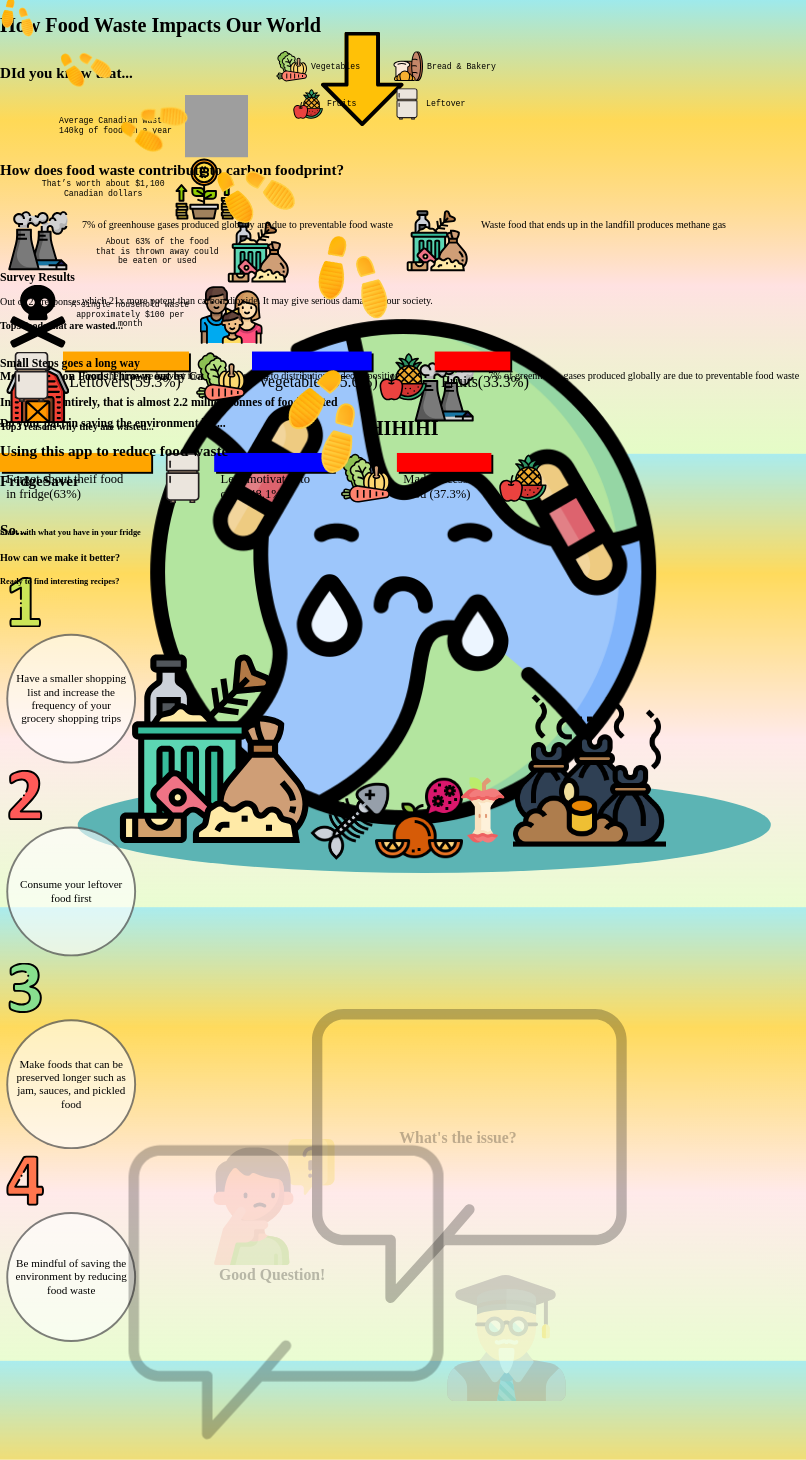
Repository: iorid3/Midterm
Page: index.html
The author's editor kept a copy of each file at every save. The page is drawn from the files as they stood at one save, then again after the next save.
The browser window is 1280 px wide. The pictures show the whole page, at 63% of full size.
Pictures or frames that could not be fetched are drawn as grey boxes.

Above is the page before, as saved 2021-03-09 11:11:29.

### index.html
<!DOCTYPE html>
<html>
    <head>
       <title>Mid term</title>
        <link href= "./index.css"  rel ="stylesheet" type = "text/css" >
    </head>
<body>
   <div id = "main">

        <div class = "section1">
            <div><h1> How Food Waste Impacts Our World</h1></div>
            <div><img src ="./Images/earth crying.svg"/></div>
            <div class = "comp1"></div>
            <div class = "comp2"></div>
            <div class = "comp5"></div>
        </div>

        <div class = "section2">
            <div><h2>DId you know that...</h2></div>
            <div class ="comp3_1"></div>
            <div class ="comp3_2"></div>
            <div class ="comp3_3"></div>
            <div class ="comp3_4"></div>
            <div class = "comp1"></div>

            <div class = "flag"><img src = ""></div>
            <div><h3>Most Common Foods Thrown out by Canadians</h3></div>
               <div class = "container1">
                    <div class ="comp4_1"></div>
                    <div class ="comp4_2"></div>
                    <div class ="comp4_3"></div>
                    <div class ="comp4_4"></div>
                </div>

            <div class = "comp5"></div>
            <div><h3>In Canada, entirely, that is almost 2.2 million tonnes of food wasted</h3></div>
            <div><img src = ""></div>
        </div>

        <div class = "section3">
            <div><h2>How does food waste contribute to carbon foodprint?</h2></div>
            <div><img src = ""></div>

            <div class = "comp6"></div>
            <div class = "comp6"></div>
            <div class = "comp6"></div>
            <div class = "comp6"></div>

                <div class = "container2">
                    <div><img src = ""></div>
                    <div><img src = ""></div>
                    <div><img src = ""></div>
                </div>

            <div class = "comp6"></div>


        </div>


        <div class = "section4">
            <div class = "container3">
               <div><img src = ""></div>
               <div><h3>Survey Results</h3></div>
               <div>Out of 27 responses...</div>
            </div>


            <div class ="comp2"></div>
            <div><h4>Top3 foods that are wasted...</h4></div>
            <div class = "container4">
                <div class = "comp7"></div>
                <div class = "comp7"></div>
                <div class = "comp7"></div>
            </div>

            <div><h4>Top3 reasons why they are wasted...</h4></div>
            <div class = "container5">
                <div class = "comp8"></div>
                <div class = "comp8"></div>
                <div class = "comp8"></div>
            </div>



            <div><h2>So...</h2></div>

            <div><h4>How can we make it better?</h4></div>
            <div class = "container6">
                <div class ="comp9"></div>
                <div class ="comp9"></div>
                <div class ="comp9"></div>
                <div class ="comp9"></div>
            </div>
        </div>

        <div class = "section5">

            <div><h3>Small Steps goes a long way</h3></div>
            <div class = "comp10"></div>
            <div class = "comp10"></div>
            <div class = "comp10"></div>
            <div class = "comp10"></div>
            <div class = "comp10"></div>
            <div class = "comp10"></div>

            <div><img src = ""></div>
            <div><img src = ""></div>

            <div class = "comp5"></div>
            <div><h3>Do your part in saving the environment by ...</h3></div>
            <div><h2>Using this app to reduce food waste</h2></div>
            <div><h2>FridgeSaver</h2></div>
            <div><img src =""></div>
            <div class = "comp5"></div>
            <div><h5>Start with what you have in your fridge</h5></div>

            <div><img src =""></div>
            <div><h5>Ready to find interesting recipes?</h5></div>



        </div>

    <h1>HIHIHI</h1>



       <!-- <div class = "col left">
           <div class = "row top">
               <div class = "shake"></div>
           </div>
           <div class = "row mid">
               <div class = "rank1"></div>
               <div class = "rank2"></div>
           </div> -->
    </div>

<script src = ./Comps/comp1/index.js></script>
<script src = ./Comps/comp2/index.js></script>
<script src = ./Comps/comp3/index.js></script>
<script src = ./Comps/comp4/index.js></script>
<script src = ./Comps/comp5/index.js></script>
<script src = ./Comps/comp6/index.js></script>
<script src = ./Comps/comp7/index.js></script>
<script src = ./Comps/comp8/index.js></script>
<script src = ./Comps/comp9/index.js></script>
<script src = ./Comps/comp10/index.js></script>

<script src = ./index.js></script>
</body>
</html>

### index.css
html,body{
    margin:0;
    background: linear-gradient(180deg, rgba(156, 233, 235, 0.86) 0%, rgba(255, 217, 86, 0.96) 26.56%, rgba(255, 220, 220, 0.6) 63.02%, rgba(227, 252, 195, 0.76) 100%);
    mix-blend-mode: normal;
}
#main{
    width:100vw;
    height:100vh;
    display:flex;
    flex-direction: column;
    align-items: center;
    justify-content: center;
}

.section1{
    width: 100%;
    height:10%;
    flex-grow:1;
}

.section2{
    width: 100%;
    height:20%;
    flex-grow:1;
}

.section3{
    width: 100%;
    height:20%;
    flex-grow:1;
}

.section4{
    width: 100%;
    height:20%;
    flex-grow:1;
}


.section5{
    width: 100%;
    height:10%;
    flex-grow:2;
}

### Comps/comp1/index.js
function Comp1UI(url="Images/confusion.png", size ="10px", font= "Poppins", text="text"){
    return `<div style='
            width: 100vw;
            height: 30vh;
            display: inline-flex;
            justify-content: center;
            align-items: center;
            transition: opacity 1s;
            opacity: 0.25;
        '
        onclick='Comp1UI.HandleClick(this)'
        >

        <img style='
            display: inline-flex;
            width: 200px;
            position: relative;
            left: 140px;
            top: 60px;
        'src="${url}" />

        <div>
            <img style='
                display: inline-flex;
                position: relative;
                width: 500px;
                left: 100px;
                bottom: 10px;
            'src="Images/chat.svg" />

            <div style='
                display: inline-flex;
                position: relative;
                bottom: 280px;
                right: 265px;
                font-size: ${size};
                font-weight: bold;
                font-family: ${font};
            '> ${text}</div>
        </div>
    </div>`
}

Comp1UI.HandleClick = (el) => {
    el.style.opacity = 1;
}

### Comps/comp2/index.js
function Comp2UI(url="Images/confusion.png", size ="10px", font= "Poppins", text="text"){
    return `<div style='
        width: 100vw;
        height: 30vh;
        display: inline-flex;
        justify-content: center;
        align-items: center;
        transition: opacity 1s;
        opacity: 0.25;
    '
    onclick='Comp1UI.HandleClick(this)'
    >

        <img style='
            display: inline-flex;
            width: 200px;
            position: relative;
            left: 500px;
            top:60px;
        ' src="${url}"/>

        <div>
            <img style='
                display: inline-flex;
                position: relative;
                width: 500px;
                right: 200px;
                bottom: 10px;
                transform: rotateY(180deg)
            ' src="Images/chat2.svg" />

            <div style='
                display: inline-flex;
                position: relative;
                bottom: 280px;
                right: 560px;
                font-size: ${size};
                font-weight: bold;
                font-family: ${font};
            ' >${text}</div>
        </div>
    </div>`
}

Comp2UI.HandleClick = (el) => {
    el.style.opacity = 1;
}

### Comps/comp3/index.js
function Comp3UI(Text='Average Canadian wastes 140kg of food in a year', url='https://placekitten.com/400/400') {
    return `
        <div style='
            display: inline-flex;
            align-items: center;
            justify-content: center;

            transition-property: transform;
            transition-duration: 1s;
            transition-timing-function: ease-in-out;
            transition-delay: 1s;

        '>
            <div style='
                flex-basis: 200px;
                text-align: center;
                padding-right: 10px;
                font-family: monospace;


            '
            >${Text}</div>

            <div style='
                width: 100px;
                height: 100px;
            '
            // onclick='Comp3UI.HandleClick(this)'
            >
                <img  style='
                    width: 100%;
                    height: 100%;
                    object-fit: cover;
                '
                src='${url}' />
        </div>
    `
}

// Comp3UI.HandleClick = (el) => {
//     el.style.top = "110%";
// }


// export const Comp3 = Comp3UI();

### Comps/comp4/index.js
function Comp4UI(url='https://placekitten.com/300/300',text='Bread & Bakery',x='0',y='0') {
    return `
        <div style='
            display: flex;
            flex-direction: row;
            align-item: center;
            justify-content: center;
            width: 250px;
            height: 50px;
            margin: 10px;
            position: absolute;
            top: ${x}px;
            left: ${y}px;

            animation-name: bouncing;
            animation-duration: 1.5s;
            animation-direction: alternate;
            animation-iteration-count: infinite;
            animation-delay: 2s;



        '
        >
            <div style='
                width: 50px;
                height: 50px;
            '>
                <img style='
                    width: 100%;
                    height: 100%;
                    object-fit: cover;
                '
                src='${url}' />
            </div>
            <div style='
            font-family: monospace;
            text-align: center;
            padding-top: 18px;
            padding-left: 5px;
            '
            >${text}</div>
        </div>
    `
}




// export const Comp4 = Comp4UI();

### Comps/comp5/index.js
function Comp5UI(x='0', y='0', url='https://placekitten.com/300/300') {
    return `
        <div style='
            width: 150px;
            height: 150px;
            position: absolute;
            top: ${x}px;
            left: ${y}px;

        '
        >
            <img style='
                width: 100%;
                height: 100%;
                object-fit: cover;

                animation-name: bounce;
                animation-duration: 1s;
                animation-direction: alternate;
                animation-iteration-count: infinite;

            '
            src='${url}' />


        </div>

    `
}

// export const Comp5 = Comp5UI();

### Comps/comp6/index.js
function Carboncomp(text =" 7% of greenhouse gases produced globally are due to preventable food waste", url= "images/factory.svg"){
    return `<div style = "
                          display:inline-flex;
                          ">
                         <div style = "display:flex;
                         padding:10px;">
                         <img style ="
                          width:100px;
                          height:100px;
                         " src  = "${url}"></div>
                         <div style ="
                         display:flex;
                         padding:10px;"><p>${text}</p></div>

            </div>`

}

### Comps/comp7/index.js
function Graphcomp(url ="images/vegetable.svg",text ="Leftovers(59.3%)",color ="pink",width ="200px" ){
    return `<div style = "
                          display:inline-flex;
                          align-items:flex-start;
                          justify-content:flex-start;
                          ">
                            <div style = "display:flex;
                            padding:10px;
                            width:80px;
                            height:80px;
                            ">
                            <img src  = "${url}"></div>
                            <div class = "graph"
                            style ="
                            width:${width};
                            height:30px;
                            margin-top:10px;
                            background-color:${color};
                            box-shadow: 3px 3px ;
                            transition:background-color,1s,box-shadow, 1s;"
                            onmouseover = "Graphcomp.HandleMouseover(this)">
                            <div style ="
                            display:flex;
                            padding:10px;
                            font-size:25px;"><p>${text}</p></div>
                            </div>



            </div>`


}

Graphcomp.HandleMouseover = (el)=>{
   el.style.boxShadow = "8px 8px";
//    el.style.width = "400px";
 }

### Comps/comp8/index.js
function Graphcomp2(url ="images/vegetable.svg",text ="Leftovers(59.3%)",color ="pink",width ="200px" ){
    return `<div style = "
                          display:inline-flex;
                          flex-direction:row;
                          justify-content:center;
                          ">
                            <div class = "graph"
                            style ="
                            display:flex;
                            width:${width};
                            height:30px;
                            margin-top:10px;
                            background-color:${color};
                            box-shadow: 3px 3px ;
                            transition:background-color,1s,box-shadow, 1s;"
                            onmouseover = "Graphcomp2.HandleMouseover(this)">
                            <div style ="
                            display:flex;
                            width:200px;
                            padding:10px;
                            font-size:20px;"><p>${text}</p></div>
                            </div>
                            <div style = "display:flex;
                            padding:10px;
                            width:80px;
                            height:80px;
                            ">
                            <img src  = "${url}"></div>




            </div>`


}

Graphcomp2.HandleMouseover = (el)=>{
//    el.style.backgroundColor  = "blue";
   el.style.boxShadow = "8px 8px";
//    el.style.width = "400px";
 }

### Comps/comp9/index.js
function Comp9UI(url="Images/1.svg", text="4 Ways to Make it Better") {
    return `
        <img style='
            width: 80px;
            height: 80px;
            transition: width 0.2s;
            transition-timing-function: ease-in-out;
            display: flex;
        justify-content: center;
        align-items: center;
        flex-wrap: wrap;
        '

        onmouseover='Comp9UI.HandleImageHover(this)'
        onmouseout='Comp9UI.HandleImageHoverOut(this)'

        src="${url}"/>

        <div style='
            width: 180px;
            height: 180px;
            margin: 10px;
            padding: 10px;
            background-color: rgba(255, 255, 255, 0.6);
            border: 3px solid rgba(0, 0, 0, 0.5);
            border-radius: 50%;
            display: flex;
            justify-content: center;
            align-items: center;
            font-size: 1.1em;
            line-height: 1.2em;
            text-align: center;
            transition: width 0.2s;
            transition-timing-function: ease-in-out;
        '
            onmouseover='Comp9UI.HandleHover(this)'
            onmouseout='Comp9UI.HandleHoverOut(this)'

        >${text}</div>

    `
}

Comp9UI.HandleImageHover = (el) => {
    el.style.width = "120px";
    el.style.height = "120px";
}

Comp9UI.HandleImageHoverOut = (el) => {
    el.style.width = "80px";
    el.style.height = "80px";
}

Comp9UI.HandleHover = (el) => {
    el.style.color = "#2E8B57";
    // el.style.width = "210px";
    // el.style.height = "210px";
    // el.style.fontSize = "1.4em";
}

Comp9UI.HandleHoverOut = (el) => {
    el.style.color = "#000000";
    // el.style.width = "180px";
    // el.style.height = "180px";
    // el.style.fontSize = "1.1em";
}
// export const comp9 = Comp9UI();

### Comps/comp10/index.js
function Comp10UI(w="55px", tdeg="120deg", top="0px", left="0px", anidelay="1s") {
    return `
    <img style='
        width: ${w};
        transform: rotate(${tdeg});
        position: absolute;
        top: ${top};
        left: ${left};

        animation-name: footsteps;
        animation-duration: 4s;
        animation-delay: ${anidelay};
        animation-iteration-count: infinite;

    'src="Images/footstep.png"/>

    `
}

// export const comp10 = Comp10UI();

### index.js
document.querySelector(".comp1").innerHTML += Comp1UI("./images/question.svg","25px", "Poppins", "What's the issue?");
document.querySelector(".comp2").innerHTML += Comp2UI("./images/professor.svg", "25px", "Poppins", "Good Question!");

//add claudia's componenets

document.querySelector(".comp3_1").innerHTML += Comp3UI('Average Canadian wastes 140kg of food in a year', 'Images/crowd.svg')
document.querySelector(".comp3_2").innerHTML += Comp3UI('That’s worth about $1,100 Canadian dollars', 'Images/plant.svg')
document.querySelector(".comp3_3").innerHTML += Comp3UI('About 63% of the food that is thrown away could be eaten or used', 'Images/garbage.svg')
document.querySelector(".comp3_4").innerHTML += Comp3UI('A single household waste approximately $100 per month', 'Images/family.svg')

document.querySelector(".comp4_1").innerHTML += Comp4UI('Images/vegetable.svg', 'Vegetables',70,370)
document.querySelector(".comp4_2").innerHTML += Comp4UI('Images/bread.svg', 'Bread & Bakery',70,570)
document.querySelector(".comp4_3").innerHTML += Comp4UI('Images/fruits.svg', 'Fruits',130,380)
document.querySelector(".comp4_4").innerHTML += Comp4UI('Images/fridge.svg', 'Leftover',130,545)

document.querySelector(".comp5").innerHTML += Comp5UI(50,500,'Images/down-arrow.svg')


document.querySelector(".comp9").innerHTML += Comp9UI("Images/1.svg", "Have a smaller shopping list and increase the frequency of your grocery shopping trips");
document.querySelector(".comp9").innerHTML += Comp9UI("Images/2.svg", "Consume your leftover food first");
document.querySelector(".comp9").innerHTML += Comp9UI("Images/3.svg", "Make foods that can be preserved longer such as jam, sauces, and pickled food");
document.querySelector(".comp9").innerHTML += Comp9UI("Images/4.svg", "Be mindful of saving the environment by reducing food waste");

document.querySelector(".comp10").innerHTML += Comp10UI("60px", "120deg", "0px", "0px", "1s");
document.querySelector(".comp10").innerHTML += Comp10UI("75px", "80deg", "70px", "100px", "1.5s");
document.querySelector(".comp10").innerHTML += Comp10UI("95px", "50deg", "150px", "200px", "2s");
document.querySelector(".comp10").innerHTML += Comp10UI("115px", "80deg", "250px", "350px", "2.5s");
document.querySelector(".comp10").innerHTML += Comp10UI("130px", "120deg", "380px", "500px", "3s");
document.querySelector(".comp10").innerHTML += Comp10UI("145px", "150deg", "600px", "450px", "3.5s");

document.querySelector(".comp6").innerHTML +=  Carboncomp();
document.querySelector(".comp6").innerHTML +=  Carboncomp(text = "Waste food that ends up in the landfill produces methane gas",url= "images/garbage.svg");
document.querySelector(".comp6").innerHTML +=  Carboncomp(text ="which 21x more potent than carbon dioxide. It may give serious damage to our society. ",url ="images/skull.svg" );
document.querySelector(".comp6").innerHTML +=  Carboncomp(text = "From the time we harvest foods, to processing,to distribution,to decomposition", url ="images/barn.svg");
document.querySelector(".comp6").innerHTML +=  Carboncomp();
document.querySelector(".comp7").innerHTML +=  Graphcomp("Images/fridge.svg",text ="Leftovers(59.3%)",color ="orange",width ="200px");
document.querySelector(".comp7").innerHTML +=  Graphcomp("Images/vegetable.svg",text ="Vegetables(55.6%)",color ="blue",width ="190px");
document.querySelector(".comp7").innerHTML +=  Graphcomp("Images/fruits.svg",text ="Fruits(33.3%)",color ="red",width ="120px");
document.querySelector(".comp8").innerHTML +=  Graphcomp2("Images/fridge.svg",text ="Forgot about theif food in fridge(63%)",color ="orange",width ="240px");
document.querySelector(".comp8").innerHTML +=  Graphcomp2("Images/vegetable.svg",text ="Less motivated to cook(48.1%)",color ="blue",width ="190px");
document.querySelector(".comp8").innerHTML +=  Graphcomp2("Images/fruits.svg",text ="Made excessive food (37.3%)",color ="red",width ="150px");

After the next save:
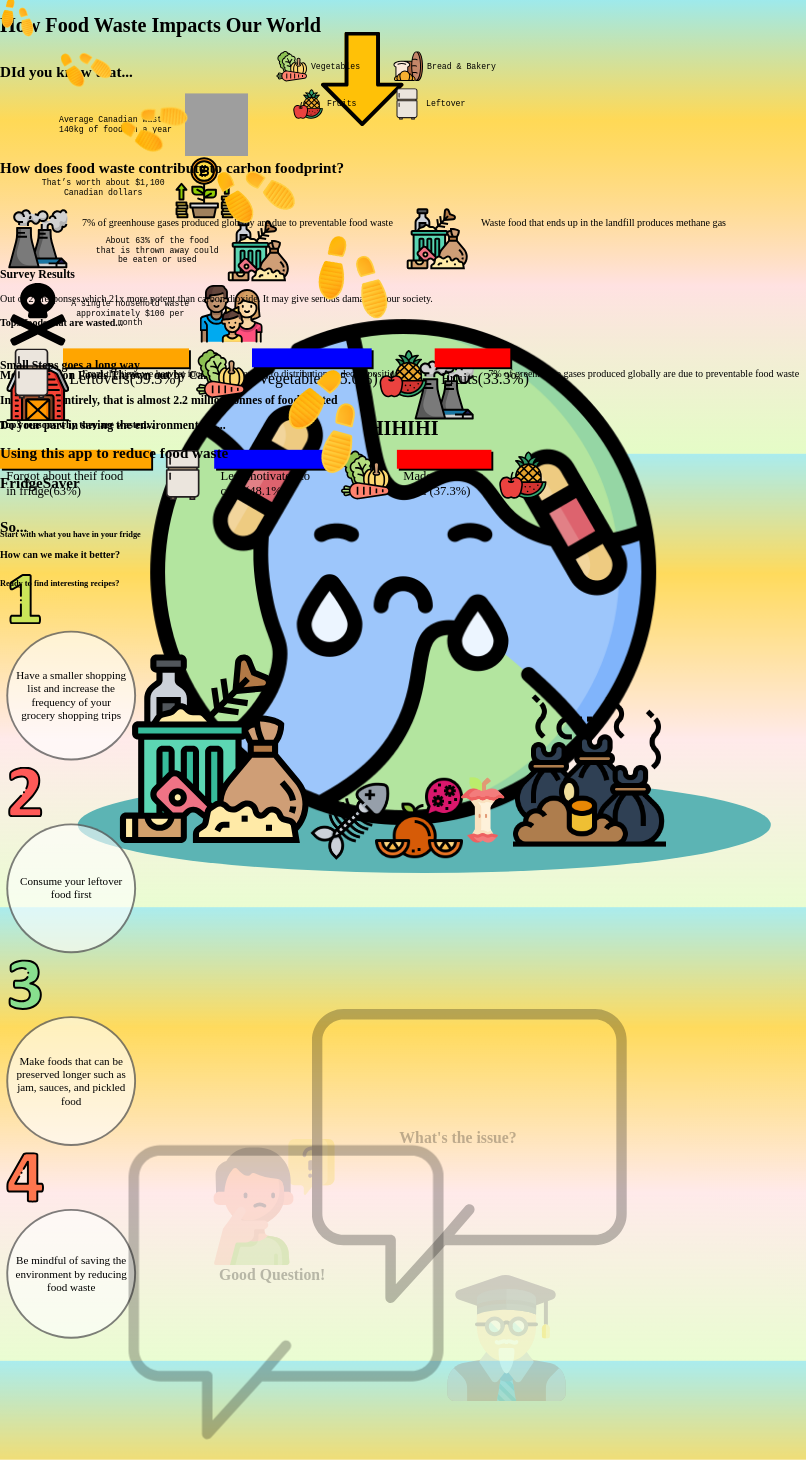
Saved 7 s later.
--- a/index.css
+++ b/index.css
@@ -33,7 +33,7 @@ html,body{
 .section4{
     width: 100%;
     height:20%;
-    flex-grow:1;
+    flex-grow:2;
 }
 
 
